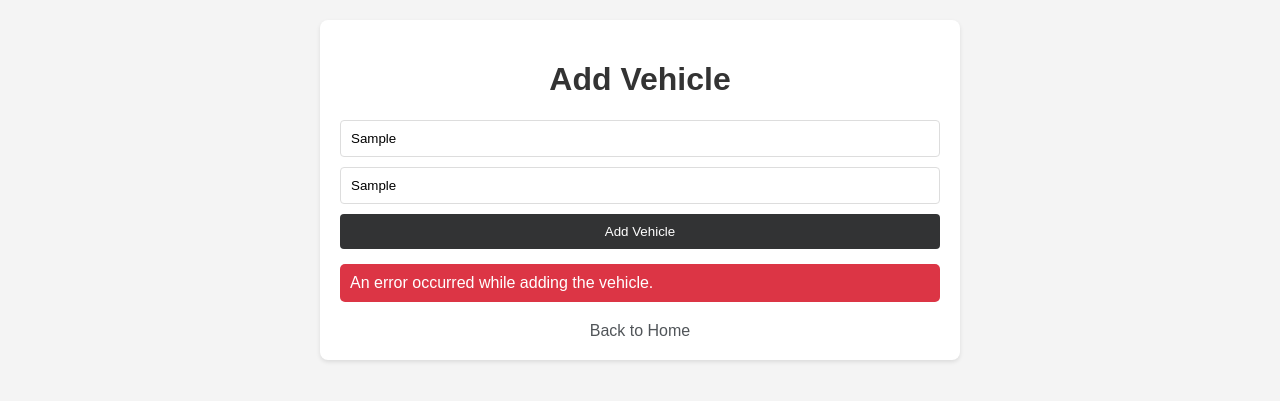
Repository: lasity34/fuel-consumption-api
Page: public/add-vehicle.html
The author's editor kept a copy of each file at every save. The page is drawn from the files as they stood at one save, then again after the next save.
The browser window is 1280 px wide. The pictures show the whole page.
Empty fields were first filled with sample values (such as "Sample", 5 or name@example.com).
After loading, the first visible `#addVehicleForm` was submitted once.
The page's requests for data from a server got no answer.

Above is the page before, as saved 2023-11-30 10:49:32.

After the next save:
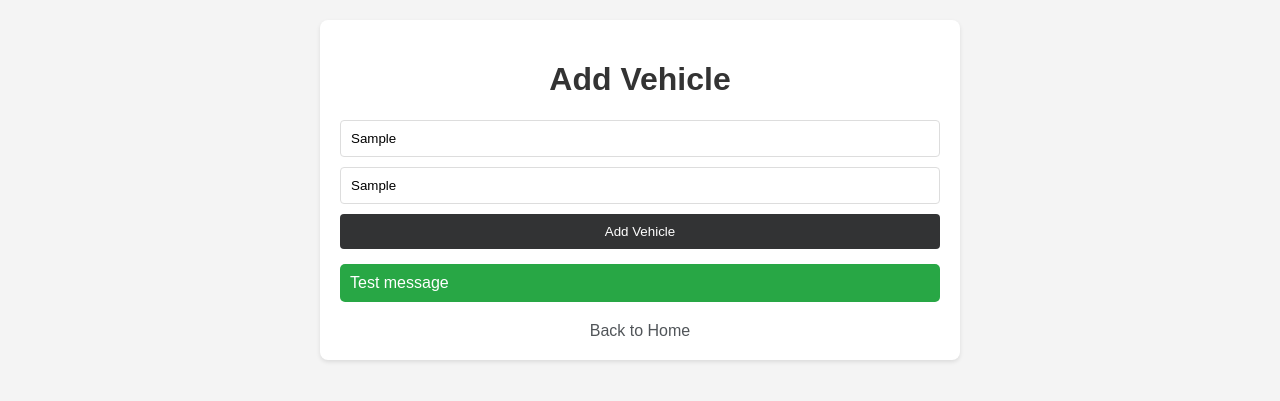
Saved 86 s later.
--- a/public/add-vehicle.js
+++ b/public/add-vehicle.js
@@ -15,30 +15,17 @@
     // Check if the fields are not empty
     if (!description || !regNumber) {
         messageElement.textContent = "Both description and registration number are required.";
-        messageElement.classList.add("error"); // Add only error class
+        messageElement.classList.add("error");
         return; // Stop the function if fields are empty
     }
 
-    try {
-        const response = await axios.post('/api/vehicle', { description, regNumber });
-        if (response.data.status === "success") {
-            messageElement.textContent = "Vehicle Added Successfully";
-            messageElement.classList.add("success"); // Add only success class
-        } else {
-            messageElement.textContent = response.data.message;
-            messageElement.classList.add("error"); // Add only error class
-        }
-    } catch (error) {
-        console.error("Error adding vehicle:", error);
-        messageElement.textContent = "An error occurred while adding the vehicle.";
-        messageElement.classList.add("error"); // Add only error class
-    }
+    // Simplified message for testing
+    messageElement.textContent = "Test message";
+    messageElement.classList.add("success");
 
-    // Set a timeout to clear the message
     setTimeout(() => {
-        console.log("Clearing message"); // Debugging line
+        console.log("Clearing message");
         messageElement.textContent = "";
         messageElement.className = "message";
     }, 3000);
-
 });

After the save that followed:
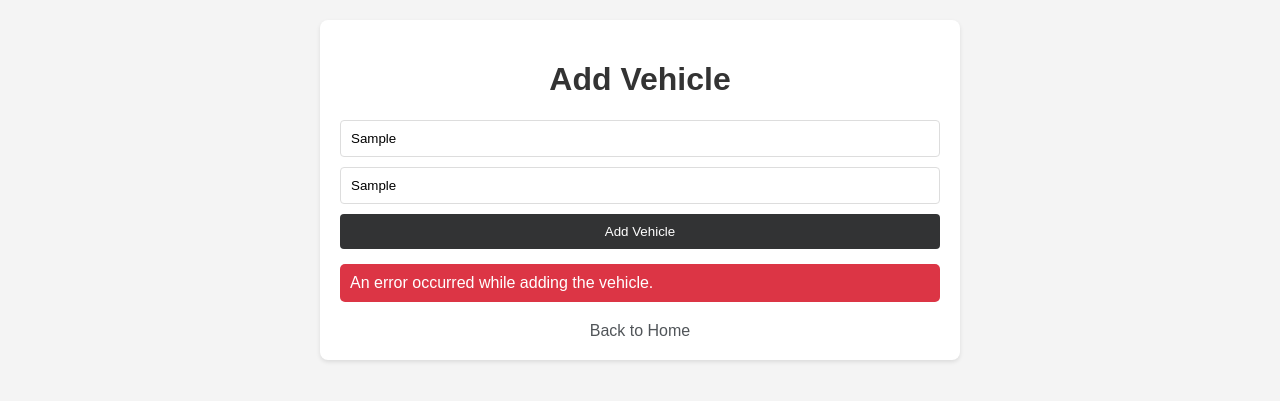
Saved 25 s later.
--- a/public/add-vehicle.js
+++ b/public/add-vehicle.js
@@ -15,17 +15,30 @@
     // Check if the fields are not empty
     if (!description || !regNumber) {
         messageElement.textContent = "Both description and registration number are required.";
-        messageElement.classList.add("error");
+        messageElement.classList.add("error"); // Add only error class
         return; // Stop the function if fields are empty
     }
 
-    // Simplified message for testing
-    messageElement.textContent = "Test message";
-    messageElement.classList.add("success");
+    try {
+        const response = await axios.post('/api/vehicle', { description, regNumber });
+        if (response.data.status === "success") {
+            messageElement.textContent = "Vehicle Added Successfully";
+            messageElement.classList.add("success"); // Add only success class
+        } else {
+            messageElement.textContent = response.data.message;
+            messageElement.classList.add("error"); // Add only error class
+        }
+    } catch (error) {
+        console.error("Error adding vehicle:", error);
+        messageElement.textContent = "An error occurred while adding the vehicle.";
+        messageElement.classList.add("error"); // Add only error class
+    }
 
+    // Set a timeout to clear the message
     setTimeout(() => {
-        console.log("Clearing message");
+        console.log("Clearing message"); // Debugging line
         messageElement.textContent = "";
         messageElement.className = "message";
     }, 3000);
+
 });
